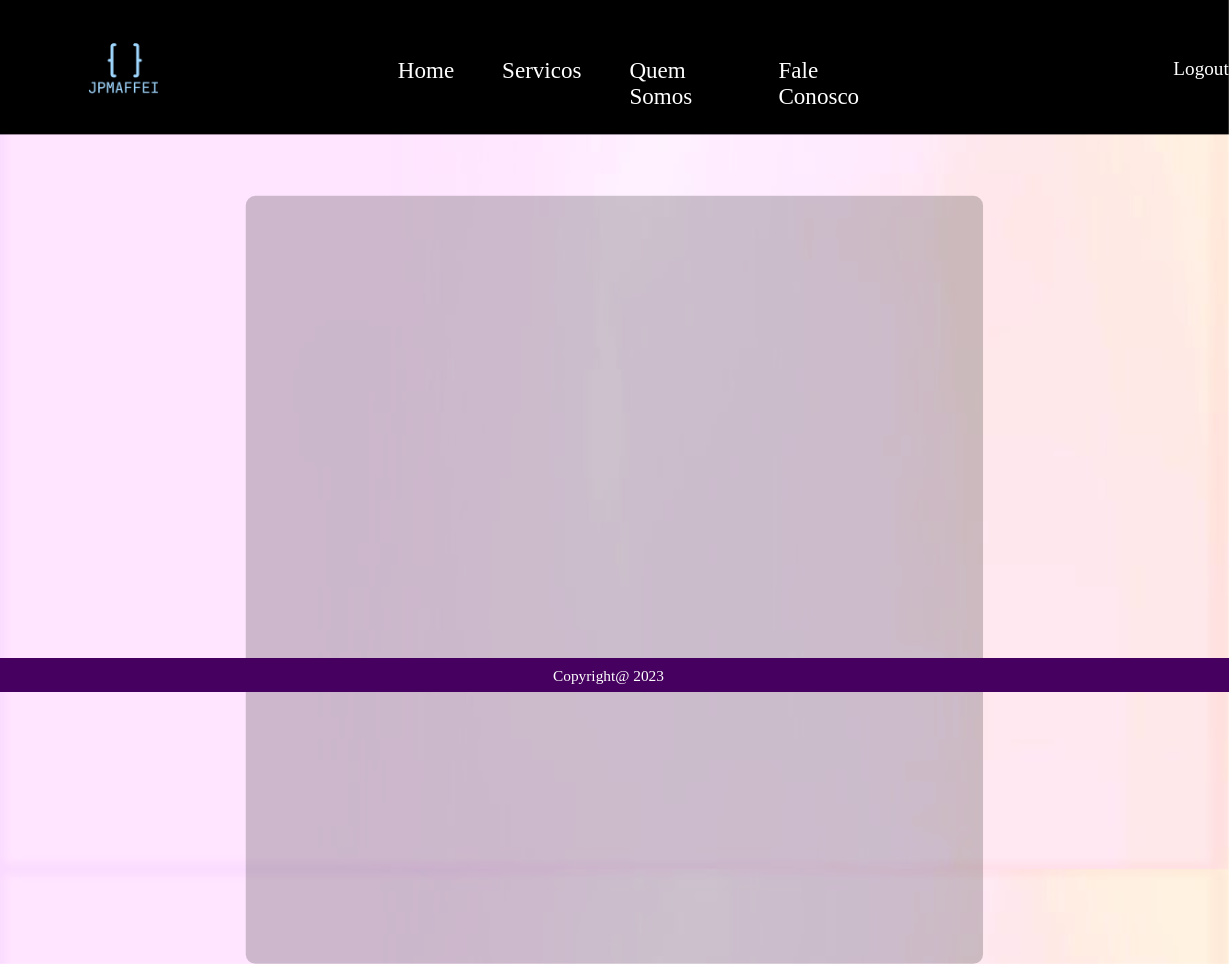
Repository: jpmaffei18/PROJETO_JAVA
Page: http://localhost/FinalWeb/
These files come from the project's save history. The page is drawn as it stood at one moment and after the next save; the edit follows.
The browser window is 1280 px wide. The pictures show the whole page, at 96% of full size.
Backgrounds fixed to the window are drawn as part of the page. The page is served by Tomcat 9.

Above is the page before, as saved 2023-04-05 11:22:33.

After the next save:
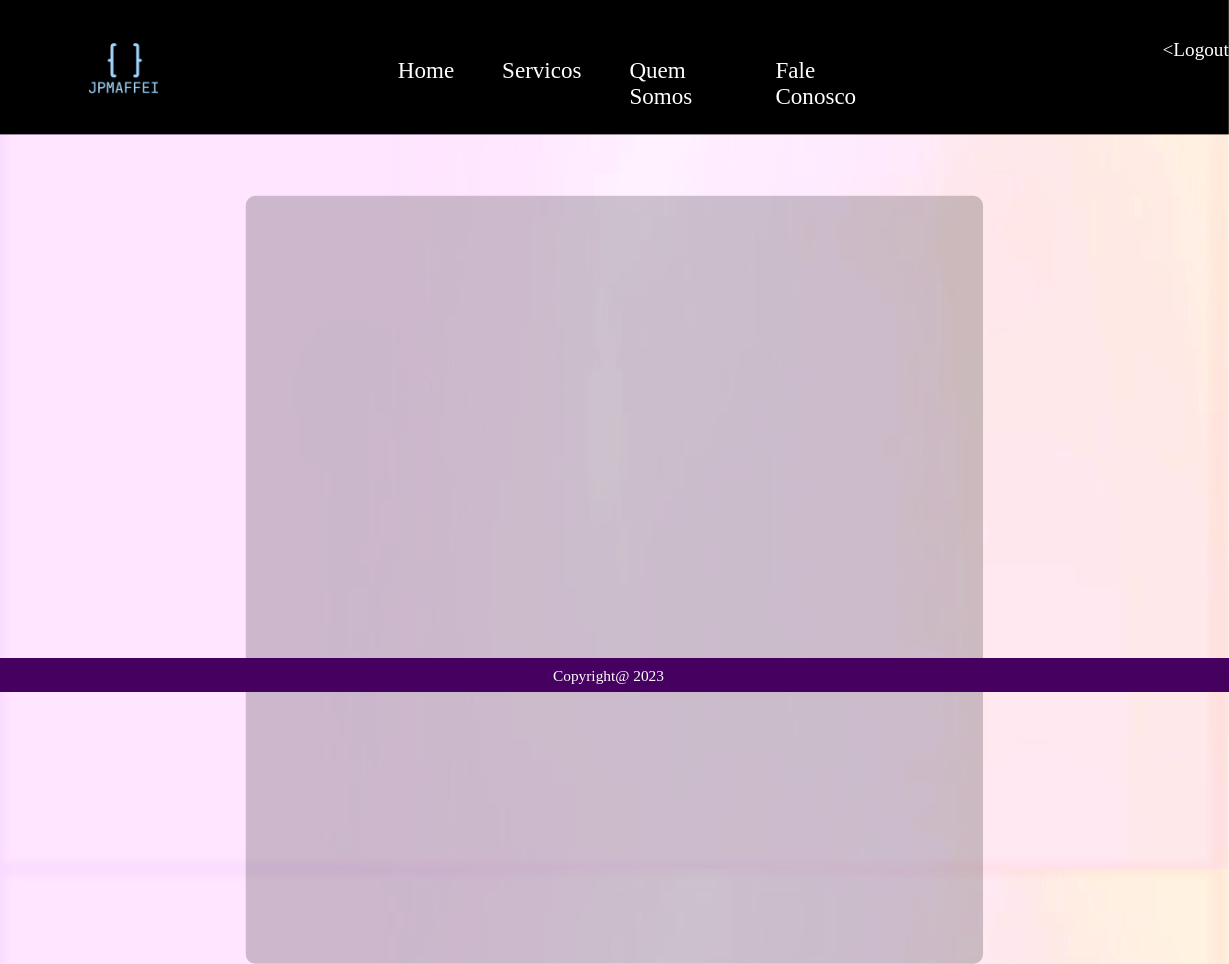
Saved 9 s later.
--- a/FinalWeb/src/main/webapp/index.jsp
+++ b/FinalWeb/src/main/webapp/index.jsp
@@ -21,7 +21,7 @@
     </ul>
 
     <div class="logincadastro">
-    <p><a href="logincadastro.jsp" action="LogoutServlet">Logout</a>
+    <<a href="logincadastro.jsp" action="LogoutServlet">Logout</a>
     </div>
 
 </header>
